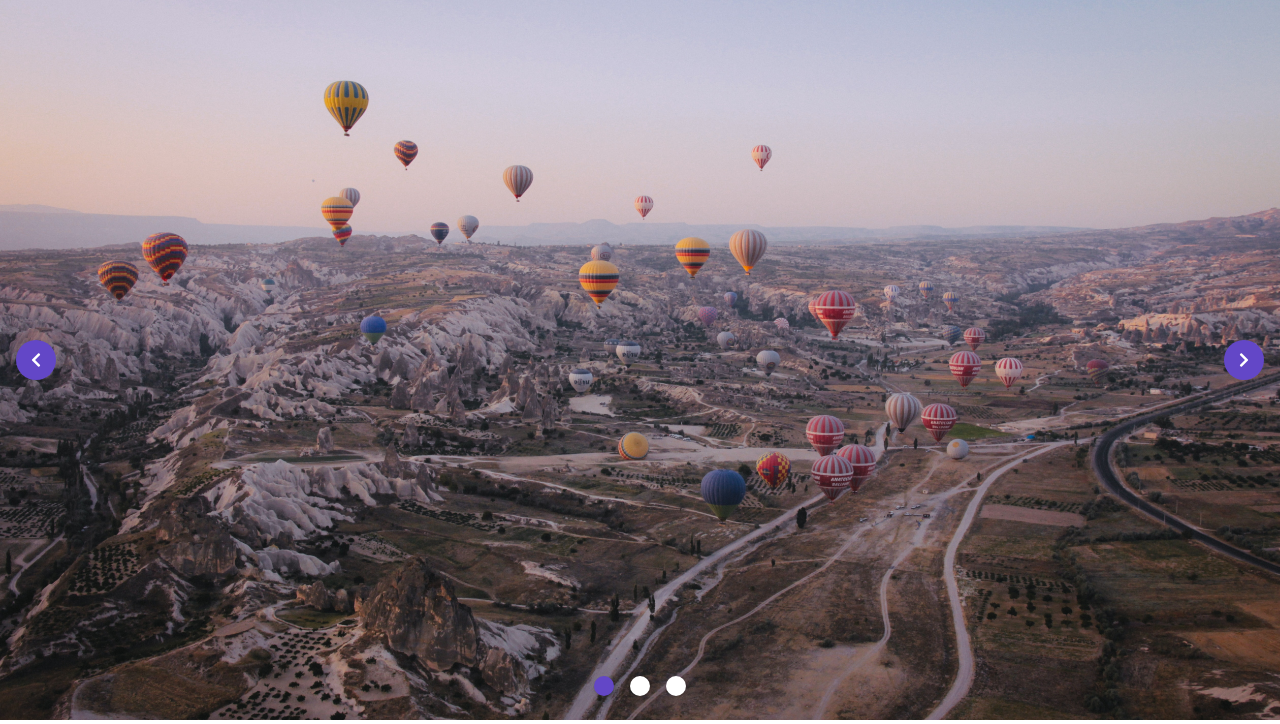
Repository: tomas938/vue-3-carousel-main
Page: /
An editor plug-in stored every save of this project. The page is shown before and after the next save, followed by the edit.
The browser window is 1280 px wide. The pictures show the whole page.
The project was rebuilt for these pictures with package versions that can differ from the ones it lists, and the page was loaded fresh each time.

Above is the page before, as saved 2021-07-28 10:44:00.

After the next save:
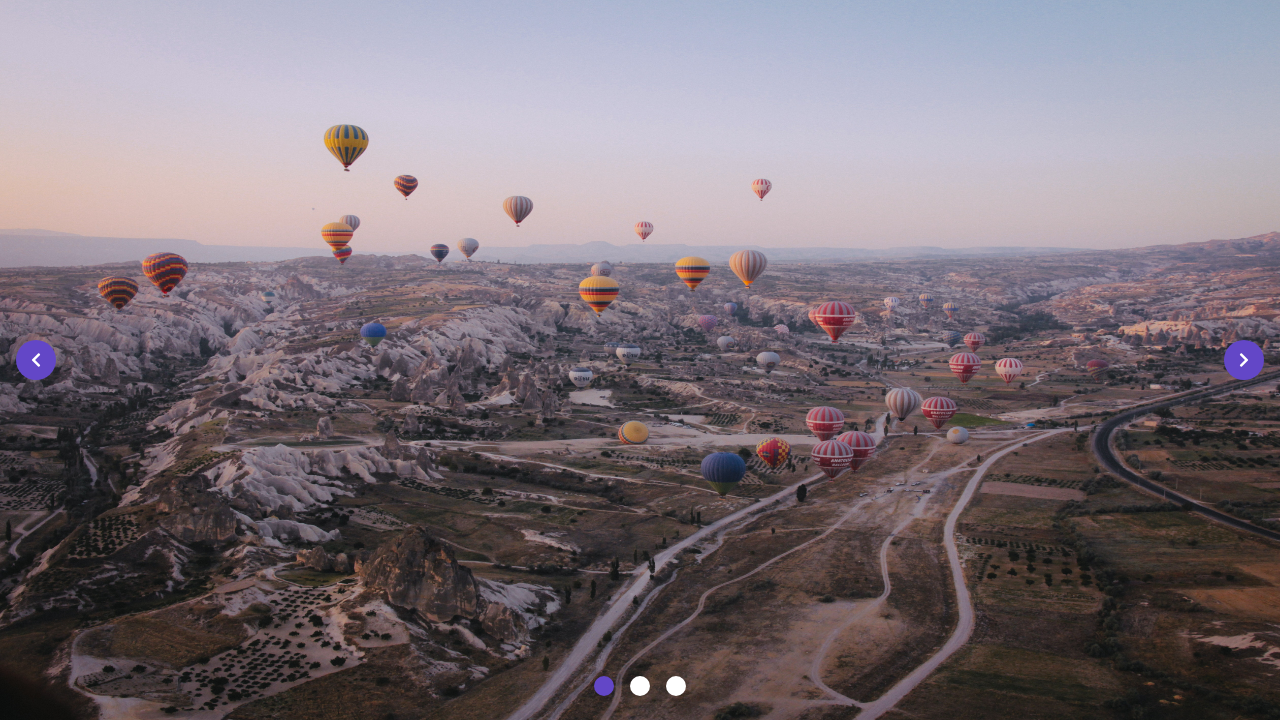
Saved 8 min 56 s later.
--- a/src/views/Home.vue
+++ b/src/views/Home.vue
@@ -49,7 +49,6 @@
 		img {
 			width: 100%;
 			height: 100%;
-			object-fit: cover;
 		}
 	}
 }

After the 2 saves that followed:
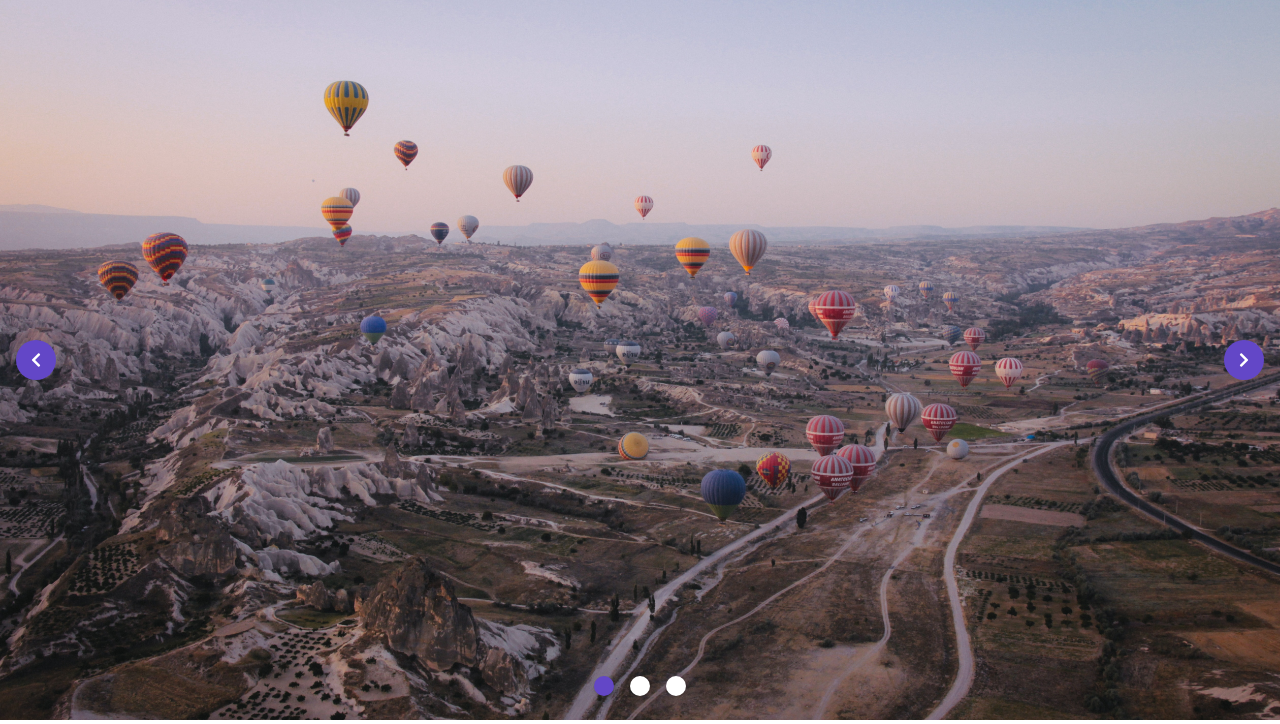
The 2 saves are shown as one change because 1 left the picture as it was.
The last was saved 37 s later.
--- a/src/views/Home.vue
+++ b/src/views/Home.vue
@@ -49,6 +49,7 @@
 		img {
 			width: 100%;
 			height: 100%;
+			object-fit: cover;
 		}
 	}
 }
